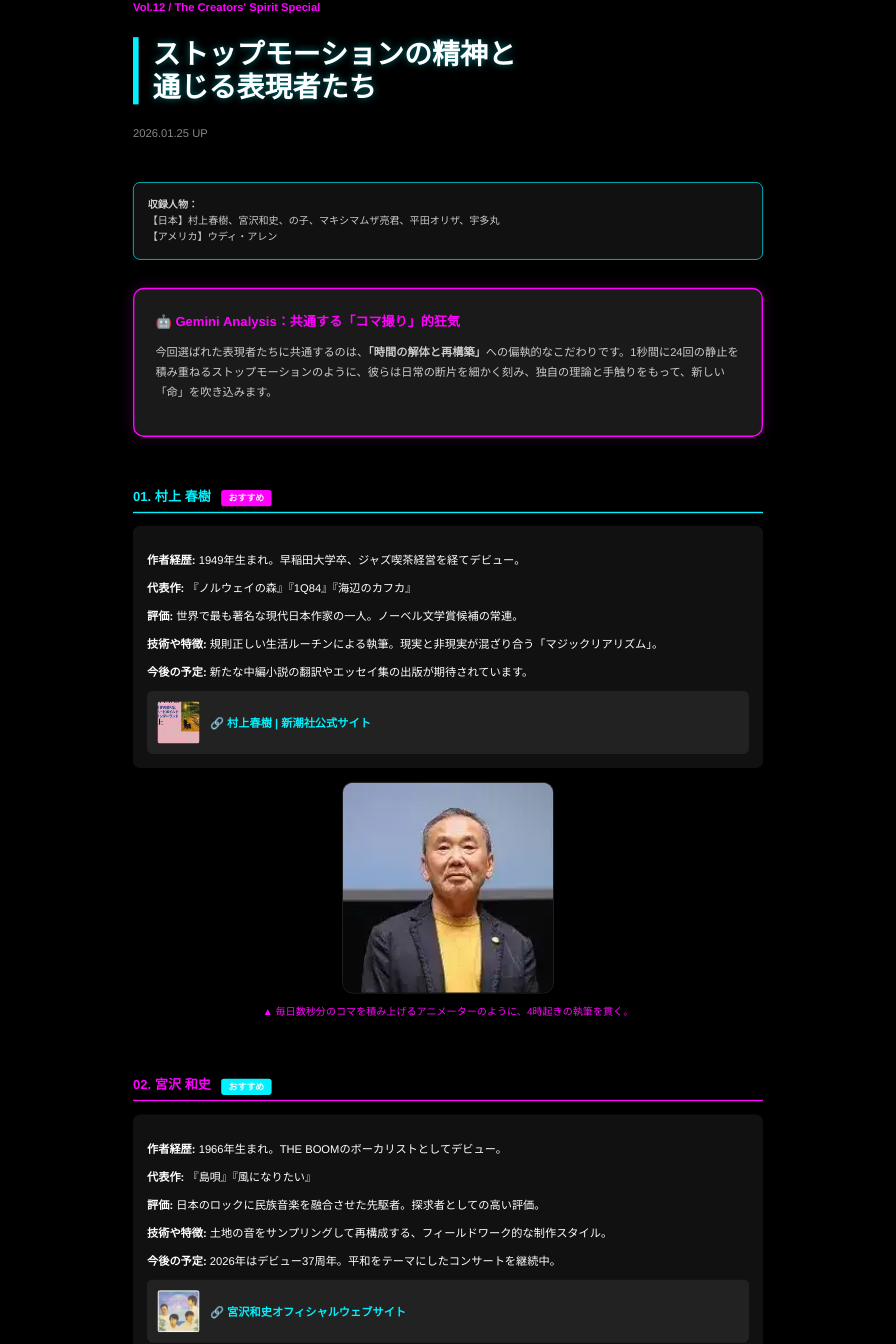
Repository: hamagoro/my-animation-site
Page: episodes/vol12.html
These files come from the project's save history. The page is drawn as it stood at one moment and after the next save; the edit follows.
The browser window is 1280 px wide. The pictures show the part of the page from y = 563 to 2483 px (the page is 8245 px tall before and 8363 px after), at 70% of full size.

Above is the page before, as saved 2026-02-01 22:24:43.

After the next save:
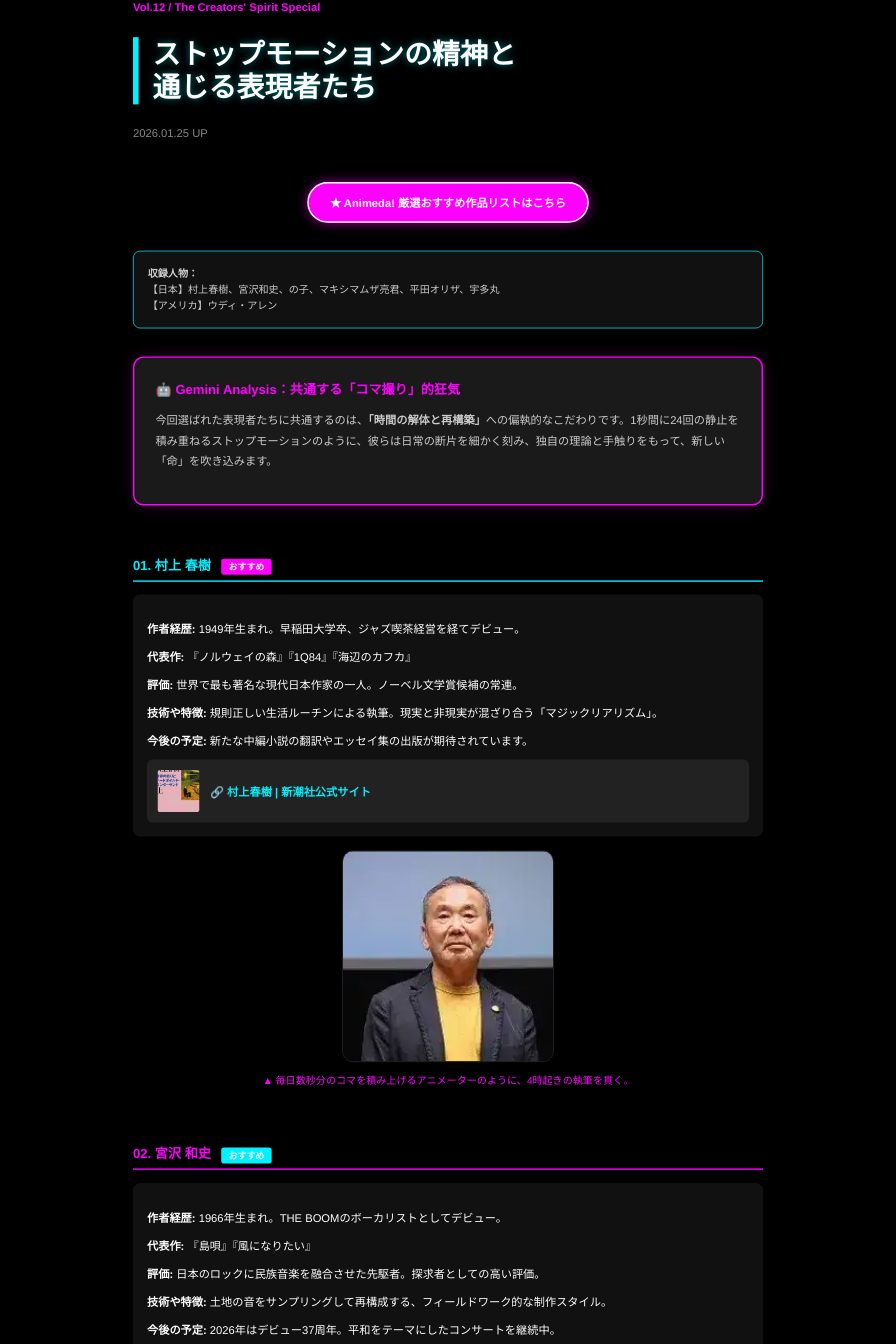
Saved 32 min 33 s later.
--- a/episodes/vol12.html
+++ b/episodes/vol12.html
@@ -41,6 +41,12 @@
             <p class="date" style="margin-top: 15px; color: #888;">2026.01.25 UP</p>
         </header>
 
+    <div style="text-align: center; margin-bottom: 40px;">
+        <a href="vol12-osusu.html" style="display: inline-block; padding: 15px 30px; background: #ff00ff; color: #fff; text-decoration: none; font-weight: bold; border-radius: 30px; border: 2px solid #fff; box-shadow: 0 0 15px rgba(255, 0, 255, 0.6); transition: 0.3s;">
+            ★ Animeda! 厳選おすすめ作品リストはこちら
+        </a>
+    </div>
+
     <div style="margin-bottom: 40px; padding: 20px; background: #111; border-radius: 10px; font-size: 0.9rem; color: #ccc; line-height: 1.6; border: 1px solid #00f2ff;">
         <p style="margin: 0;"><strong>収録人物：</strong><br>
         【日本】村上春樹、宮沢和史、の子、マキシマムザ亮君、平田オリザ、宇多丸<br>
@@ -55,6 +61,7 @@
         </section>
 
         <section style="margin-bottom: 80px;">
+        <section id="murakami" style="margin-bottom: 80px;">
             <h3 style="color: #00f2ff; border-bottom: 2px solid #00f2ff; padding-bottom: 10px;">01. 村上 春樹 <a href="vol12-osusu.html#murakami" style="background: #ff00ff; font-size: 0.8rem; padding: 4px 10px; border-radius: 4px; color: #fff; text-decoration: none; margin-left: 10px; vertical-align: middle;">おすすめ</a></h3>
             <div style="background: #111; padding: 20px; border-radius: 10px; margin-bottom: 20px;">
                 <p><strong>作者経歴:</strong> 1949年生まれ。早稲田大学卒、ジャズ喫茶経営を経てデビュー。</p>
@@ -76,6 +83,7 @@
         </section>
 
         <section style="margin-bottom: 80px;">
+        <section id="miyazawa" style="margin-bottom: 80px;">
             <h3 style="color: #ff00ff; border-bottom: 2px solid #ff00ff; padding-bottom: 10px;">02. 宮沢 和史 <a href="vol12-osusu.html#miyazawa" style="background: #00f2ff; font-size: 0.8rem; padding: 4px 10px; border-radius: 4px; color: #fff; text-decoration: none; margin-left: 10px; vertical-align: middle;">おすすめ</a></h3>
             <div style="background: #111; padding: 20px; border-radius: 10px; margin-bottom: 20px;">
                 <p><strong>作者経歴:</strong> 1966年生まれ。THE BOOMのボーカリストとしてデビュー。</p>
@@ -97,6 +105,7 @@
         </section>
 
         <section style="margin-bottom: 80px;">
+        <section id="woody" style="margin-bottom: 80px;">
             <h3 style="color: #00f2ff; border-bottom: 2px solid #00f2ff; padding-bottom: 10px;">03. ウディ・アレン <a href="vol12-osusu.html#woody" style="background: #ff00ff; font-size: 0.8rem; padding: 4px 10px; border-radius: 4px; color: #fff; text-decoration: none; margin-left: 10px; vertical-align: middle;">おすすめ</a></h3>
             <div style="background: #111; padding: 20px; border-radius: 10px; margin-bottom: 20px;">
                 <p><strong>作者経歴:</strong> 1935年生まれ。コメディライターを経て映画監督へ。</p>
@@ -118,6 +127,7 @@
         </section>
 
         <section style="margin-bottom: 80px;">
+        <section id="noko" style="margin-bottom: 80px;">
             <h3 style="color: #ff00ff; border-bottom: 2px solid #ff00ff; padding-bottom: 10px;">04. の子 <a href="vol12-osusu.html#noko" style="background: #00f2ff; font-size: 0.8rem; padding: 4px 10px; border-radius: 4px; color: #fff; text-decoration: none; margin-left: 10px; vertical-align: middle;">おすすめ</a></h3>
             <div style="background: #111; padding: 20px; border-radius: 10px; margin-bottom: 20px;">
                 <p><strong>作者経歴:</strong> 千葉県出身。ニコニコ動画等でカルト的な人気を博し、2008年結成。</p>
@@ -153,6 +163,7 @@
         </section>
 
         <section style="margin-bottom: 80px;">
+        <section id="ryokun" style="margin-bottom: 80px;">
             <h3 style="color: #00f2ff; border-bottom: 2px solid #00f2ff; padding-bottom: 10px;">05. マキシマムザ亮君 <a href="vol12-osusu.html#ryokun" style="background: #ff00ff; font-size: 0.8rem; padding: 4px 10px; border-radius: 4px; color: #fff; text-decoration: none; margin-left: 10px; vertical-align: middle;">おすすめ</a></h3>
             <div style="background: #111; padding: 20px; border-radius: 10px; margin-bottom: 20px;">
                 <p><strong>作者経歴:</strong> マキシマム ザ ホルモンの全ての楽曲を手掛ける司令塔。</p>
@@ -180,6 +191,7 @@
         </section>
 
         <section style="margin-bottom: 80px;">
+        <section id="oriza" style="margin-bottom: 80px;">
             <h3 style="color: #ff00ff; border-bottom: 2px solid #ff00ff; padding-bottom: 10px;">06. 平田 オリザ <a href="vol12-osusu.html#oriza" style="background: #00f2ff; font-size: 0.8rem; padding: 4px 10px; border-radius: 4px; color: #fff; text-decoration: none; margin-left: 10px; vertical-align: middle;">おすすめ</a></h3>
             <div style="background: #111; padding: 20px; border-radius: 10px; margin-bottom: 20px;">
                 <p><strong>作者経歴:</strong> 1962年生まれ。劇団「青年団」主宰。</p>
@@ -201,6 +213,7 @@
         </section>
 
         <section style="margin-bottom: 80px;">
+        <section id="utamaru" style="margin-bottom: 80px;">
             <h3 style="color: #00f2ff; border-bottom: 2px solid #00f2ff; padding-bottom: 10px;">07. 宇多丸 <a href="vol12-osusu.html#utamaru" style="background: #ff00ff; font-size: 0.8rem; padding: 4px 10px; border-radius: 4px; color: #fff; text-decoration: none; margin-left: 10px; vertical-align: middle;">おすすめ</a></h3>
             <div style="background: #111; padding: 20px; border-radius: 10px; margin-bottom: 20px;">
                 <p><strong>作者経歴:</strong> 1969年生まれ。RHYMESTERのラッパーであり、映画評論家。</p>
